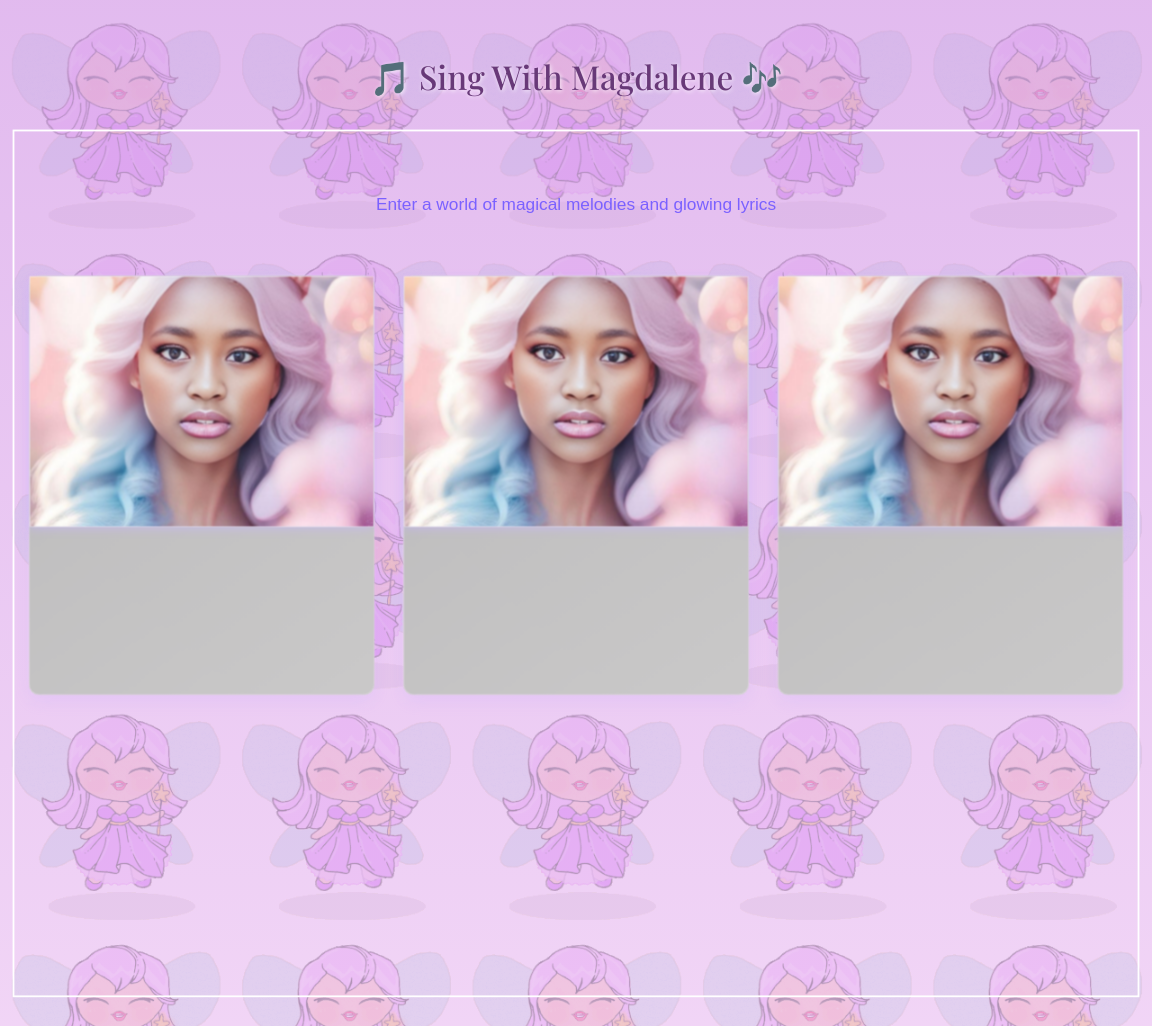
Repository: VladimirGagarin/Meg
Page: /
An editor plug-in stored every save of this project. The page is shown before and after the next save, followed by the edit.
The browser window is 1280 px wide. The pictures show the whole page, at 90% of full size.
The project was rebuilt for these pictures with package versions that can differ from the ones it lists, and the page was loaded fresh each time. Also part of the build but not shown: vite.config.js, src/components/Controls.jsx, src/pages/SongScreen.css, src/components/lyricsCard.jsx, src/pages/SongScreen.jsx. Imported but missing from the stored project, and not drawn on this page: src/assets/audios/IamMagdalene.mp3, src/assets/audios/The beginning.mp3, src/assets/audios/meg.mp3.

Above is the page before, as saved 2025-07-07 13:10:22.

### index.html
<!doctype html>
<html lang="en">
  <head>
    <meta charset="UTF-8" />
    <link rel="icon" type="image/svg+xml" href="/vite.svg" />
    <meta name="viewport" content="width=device-width, initial-scale=1.0" />
    <link href="https://fonts.googleapis.com/css2?family=Playfair+Display:wght@500&display=swap" rel="stylesheet">

    <title>Sing with Magdalene</title>
  </head>
  <body>
    <div id="root"></div>
    <script type="module" src="/src/main.jsx"></script>
  </body>
</html>

### src/main.jsx
import { StrictMode } from "react";
import { createRoot } from "react-dom/client";
import "./index.css";
import App from "./App.jsx";
import HomeScreen from "./pages/HomeScreen.jsx";
import SongScreen from "./pages/SongScreen.jsx";
import { createBrowserRouter, RouterProvider } from "react-router-dom";

const routes = createBrowserRouter([
  {
    path: "/",
    element: <App />, // App can be your layout with <Outlet />
    children: [
      { index: true, element: <HomeScreen /> }, // this is /
      { path: "song/:id", element: <SongScreen /> }, // this is /song/:id
    ],
  },
  {
    path: "*",
    element: <HomeScreen />, // fallback for any invalid URL
  },
]);

createRoot(document.getElementById("root")).render(
  <StrictMode>
    <RouterProvider router={routes} />
  </StrictMode>
);

### src/index.css
:root {
  font-family: system-ui, Avenir, Helvetica, Arial, sans-serif;
  line-height: 1.5;
  font-weight: 400;

  font-synthesis: none;
  text-rendering: optimizeLegibility;
  -webkit-font-smoothing: antialiased;
  -moz-osx-font-smoothing: grayscale;
}

body {
  margin: 0;
  display: flex;
  place-items: center;
  min-height: 100vh;
  width: 100%;
  font-family: 'Playfair Display', serif;
  padding: 0;
}

### src/App.jsx
// App.jsx
import { Outlet } from "react-router-dom";
import './App.css'

export default function App() {
  return (
    <div className="fairy-shell">
      <h1 className="title">🎵 Sing With Magdalene 🎶</h1>
      <Outlet /> {/* This is where the page (Home or Song) will load */}
    </div>
  );
}

### src/pages/HomeScreen.jsx
import React from "react";
import SongCard from "../components/SongCard";
import "./HomeScreen.css";



export default function HomeScreen() {

  return (
    <div className="home-screen">

      <p className="subtitle">
        Enter a world of magical melodies and glowing lyrics
      </p>
      <SongCard />
    </div>
  );
}

### src/App.css
#root {
  width: 100%;
  min-height: 100vh;
  background-color:rgba(213, 135, 231, 0.429);
  margin: 0;
  box-sizing: border-box;
  padding: 0;
}


/* App.css */


.fairy-shell {
  min-height: 100vh;
  background: linear-gradient(to bottom, #d6a8e87c, #fdeff940);
  display: flex;
  flex-direction: column;
  align-items: center;
  padding: 2rem;
  font-family: 'Papyrus', 'Cursive', serif;
  color: #5a2a73;
  position: relative;
  overflow-x: hidden;
  width: 95%;

}

.fairy-shell h1 {
  font-size: 2.3rem;
  margin-bottom: 2rem;
  text-align: center;
  color: #683978;
  text-shadow: 1px 1px 5px rgba(255, 255, 255, 0.8);
  position: relative;
  font-family: 'Playfair Display', serif;
  font-weight: bold;
}



/* Optional twinkling background stars */
.fairy-shell::before {
  content: '';
  position: absolute;
  top: 0;
  left: 0;
  width: 100%;
  height: 100%;
  background-image: url('/fairy.gif'); /* Use your own gif or animation */
  opacity: 0.6;
  z-index: -1;
  pointer-events: none;
}

### src/components/SongCard.jsx
import { songDetails } from "./SongDetails";
import "./SongCard.css";
import LogoImage from "../assets/images/quuen.jpeg";
import { Link } from "react-router-dom";

export default function SongCard() {
  return (
    <div className="song-card-container">
          {songDetails.map((song) => (
          <Link to={`/song/${song.id}`} style={{textDecoration: 'none'}}>
        <div key={song.id + new Date()} className="song-card">
          <div className="image-wrapper">
            <img src={LogoImage} alt={song.title} />
          </div>
          <h3 className="song-title">{song.title}</h3>
        </div>
        </Link>
      ))}
    </div>
  );
}

### src/pages/HomeScreen.css
.home-screen {
    background: transparent;
    min-height: 100vh;
    padding: 3rem 1rem;
    display: flex;
    flex-direction: column;
    align-items: center;
    width: 100%;
    overflow: hidden;
    border:2px solid #fff;
  }



  .subtitle {
    font-size: 1.2rem;
    color: #7b61ff;
    margin-bottom: 2rem;
    font-family: "Quicksand", sans-serif;
  }

### src/components/SongDetails.js
import { getLifeLyrics, beginningLyrics, IamMegLyrics} from "./SongData";
import LifeSong from "../assets/audios/meg.mp3";
import BeginingSong from '../assets/audios/The beginning.mp3';
import  IamMagdaleneSong from "../assets/audios/IamMagdalene.mp3"

import Img1 from "../assets/images/belle.jpeg";
import Img2 from "../assets/images/belle2.jpg";
import Img3 from "../assets/images/meg1.jpg";
import Img4 from "../assets/images/meg2.jpg";
import Img5 from "../assets/images/meg3.jpg";
import Img6 from "../assets/images/meg4.jpg";
import Img7 from "../assets/images/meg5.jpg";
import Img8 from "../assets/images/meg6.jpg";
import Img9 from "../assets/images/meg7.jpg";
import Img10 from "../assets/images/meg8.jpg";
import Img12 from "../assets/images/meg10.jpg";
import Img13 from "../assets/images/meg11.jpg";
import Img14 from "../assets/images/meg12.jpg";
import Img15 from "../assets/images/meg13.jpeg";
import Img16 from "../assets/images/meg14.jpeg";
import Img17 from "../assets/images/meg15.jpeg";
import Img18 from "../assets/images/meg19.jpeg";
import Img19 from "../assets/images/meg20.jpeg";
import Img20 from "../assets/images/meg23.jpeg";
import Img21 from "../assets/images/quuen.jpeg";
import Img22 from "../assets/images/meg24.jpeg";
import Img23 from "../assets/images/toon1.jpeg";
import Img24 from "../assets/images/toon2.jpg";
import Img25 from "../assets/images/toon3.jpg";
import Img26 from "../assets/images/toon4.jpg";
import Img27 from "../assets/images/toon1.png";
import Img28 from "../assets/images/toon2.png";
import Img29 from "../assets/images/toon3.png";
import Img30 from "../assets/images/toon4.png";
import Img31 from "../assets/images/toon5.jpg";
import Img32 from "../assets/images/toon5.png";
import Img33 from "../assets/images/toon6.png";
import Img34 from "../assets/images/toon7.png";
import Img35 from "../assets/images/toon8.png";
import Img36 from "../assets/images/toon10.jpg";
import Img37 from "../assets/images/toon11.jpg";


export const songDetails = [
  {
    id: "life",
    title: "A Life to Live",
    audio: LifeSong,
    lyrics: getLifeLyrics(), // call the function here
  },
  {
    id: "beginning",
    title: "The Beginning",
    audio: BeginingSong,
    lyrics: beginningLyrics(), // call the function here
  },
  // Add more songs the same way
  {
    id: "iam-magdalene",
    title: "I Am Magdalene",
    audio: IamMagdaleneSong,
    lyrics: IamMegLyrics(), // this should return the lyrics in { start, end, text } format
  },
];


export const megImages = [
  Img1,
  Img2,
  Img3,
  Img4,
  Img5,
  Img6,
  Img7,
  Img8,
  Img9,
  Img10,
  Img12,
  Img13,
  Img14,
  Img15,
  Img16,
  Img17,
  Img18,
  Img19,
  Img20,
  Img21,
  Img22,
  Img23,
  Img24,
  Img25,
  Img26,
  Img27,
  Img28,
  Img29,
  Img30,
  Img31,
  Img32,
  Img33,
  Img34,
  Img35,
  Img36,
  Img37,
];

### src/components/SongCard.css
.song-card-container {
    display: grid;
    grid-template-columns: repeat(auto-fit, minmax(300px, 1fr));
    gap: 2rem;
    padding: 2rem;
    width: 100%;

    height: 100vh;
    overflow-y: auto;

  }

  .song-card {
    position: relative;
    background: linear-gradient(145deg, #bab9ba, #cac9c9);
    border: 2px solid rgba(190, 160, 255, 0.4);
    border-radius: 1.5rem;
    text-align: center;
    box-shadow: 0 8px 16px rgba(200, 180, 255, 0.2);
    transition: transform 0.3s ease;
    height: 60vh;
    padding: 1rem;
    background-color: rgba(255, 255, 255, 0.074);
    border: 1px solid rgba(255, 255, 255, 0.222);
    -webkit-backdrop-filter: blur(20px);
    backdrop-filter: blur(20px);
    border-radius: 0.7rem;
    transition: all ease 0.3s;
  }




  .image-wrapper {
    position: absolute;
    top: 0;
    left: 0;
    right: 0;
    width: 100%;
    height: 60%;
    overflow: hidden;
    box-shadow: 0 4px 10px rgba(200, 180, 255, 0.5);
    background: #fff;
  }

  .image-wrapper img {
    width: 100%;
    height: 100%;
    object-fit: cover;
  }

  .song-title {
    font-family: "Cinzel Decorative", serif;
    color: #553c9a;
    font-size: 1.1rem;
    margin-top: 2rem;
  }

### src/components/SongData.js


export function getLifeLyrics() {
    const t = [
      { start: 13120, end: 16120, text: "a whisper wakes the morning mist" },
      { start: 16120, end: 19200, text: "a dream stirs deep inside" },
      {
        start: 19200,
        end: 22520,
        text: "through shadowed woods and golden light",
      },
      { start: 22520, end: 25420, text: "a heart finds room to glide" },
      { start: 25640, end: 31340, text: "with every breath the story spins" },
      { start: 32040, end: 33640, text: "with every step" },
      { start: 33640, end: 36460, text: "a chance to give" },
      { start: 38120, end: 40560, text: "through mist and flame" },
      { start: 40560, end: 43420, text: "she finds her name" },
      { start: 44600, end: 50020, text: "a life a life to live" },
      { start: 53480, end: 55980, text: "a life to live" },
      { start: 56640, end: 59220, text: "a song to share" },
      { start: 60040, end: 65660, text: "a hopeful flame upon the air" },
      {
        start: 66200,
        end: 72100,
        text: "through trials deep through stars above",
      },
      { start: 73720, end: 78700, text: "magdalene shines strength and love" },
      {
        start: 79e3,
        end: 84900,
        text: "through midnight sky rising morning sun",
      },
      { start: 85480, end: 91300, text: "a heart can rise when days begun" },
      { start: 91840, end: 94180, text: "a life to live" },
      { start: 95040, end: 97660, text: "a chance to give" },
      { start: 98520, end: 100280, text: "through it all" },
      {
        start: 100280,
        end: 108200,
        text: "she shines she shines through mist",
      },
      { start: 108200, end: 112660, text: "and midnight light will rise" },
      { start: 113360, end: 117300, text: "through pain a dream can grow" },
      { start: 119760, end: 122960, text: "a life to live" },
      { start: 122960, end: 125580, text: "with open eyes" },
      { start: 126440, end: 131260, text: "a seed that blooms and shows" },
      { start: 143320, end: 145420, text: "a life to live" },
      { start: 146240, end: 149180, text: "a dance a prayer" },
      { start: 149480, end: 152220, text: "a voice that live" },
      { start: 152640, end: 155780, text: "beyond despair" },
      { start: 155800, end: 158460, text: "through mist and flame" },
      { start: 159e3, end: 162140, text: "through dark and dawn" },
      { start: 163320, end: 165560, text: "magdalene shines" },
      { start: 165560, end: 169700, text: "she carries on on" },
      { start: 175e3, end: 177620, text: "a life to live" },
      { start: 178240, end: 181300, text: "a dance of prayer" },
      { start: 181440, end: 184680, text: "a voice that lives" },
      { start: 184680, end: 187380, text: "beyond despair" },
      { start: 187800, end: 190420, text: "a mist and flame" },
      { start: 191e3, end: 194140, text: "through dark and dawn" },
      { start: 195360, end: 198240, text: "magdalene shines" },
      { start: 198240, end: 200900, text: "she carries on" },
    ];

    return t
}

export function beginningLyrics() {
    const t = [
      {
        start: 15320,
        end: 18560,
        text: "it all started with a breath of light",
      },
      {
        start: 18560,
        end: 21720,
        text: "a new page written in the stars that night",
      },
      { start: 21720, end: 25e3, text: "a new chapter born in hush and flame" },
      { start: 25e3, end: 27780, text: "a new verse whispered with her name" },
      {
        start: 28040,
        end: 31280,
        text: "a new thread of life from heaven's fun",
      },
      { start: 31280, end: 34400, text: "a new dawn rising before the sun" },
      {
        start: 34400,
        end: 38e3,
        text: "a new songs starts with hearts of joy",
      },
      { start: 38e3, end: 41700, text: "magdalene a noble child of glory" },
      { start: 41720, end: 43580, text: "the beginning" },
      { start: 47120, end: 50360, text: "of a love the world has never known" },
      {
        start: 50360,
        end: 53560,
        text: "of a grace that blooms from flesh and bone",
      },
      { start: 53560, end: 56680, text: "of a hope that rose on quiet wings" },
      {
        start: 56680,
        end: 60400,
        text: "of a joy that crowns all earthly things",
      },
      { start: 60400, end: 64900, text: "magdalene you are the beginning" },
      { start: 66760, end: 68040, text: "the bells were soft" },
      {
        start: 68040,
        end: 72540,
        text: "the moon was kind as angels lined the skies",
      },
      { start: 72720, end: 75880, text: "the flowers lean to catch her name" },
      { start: 75880, end: 78300, text: "and kissed her lullabies" },
      { start: 79080, end: 81840, text: "the wind that used to wander" },
      { start: 81840, end: 85260, text: "lost now dances where she lay" },
      { start: 85280, end: 88680, text: "and every mother's aching dream" },
      { start: 88680, end: 91500, text: "began to find its way" },
      { start: 92600, end: 94300, text: "the beginning" },
      {
        start: 94840,
        end: 98040,
        text: "of a  love the world has never known",
      },
      {
        start: 98040,
        end: 101280,
        text: "of a grace that blooms from flesh and bone",
      },
      {
        start: 101280,
        end: 104360,
        text: "of a hope that rose on quiet wings",
      },
      {
        start: 104360,
        end: 107920,
        text: "of a  joy that crowns all earthly things",
      },
      { start: 107920, end: 112460, text: "Magdalene you are the beginning" },
      {
        start: 113840,
        end: 117020,
        text: "they waited long they wandered far",
      },
      { start: 117160, end: 120100, text: "for the rising of her star" },
      { start: 120240, end: 123660, text: "but in the cradle of the night" },
      {
        start: 123760,
        end: 127020,
        text: "she came and made all things right",
      },
      { start: 129160, end: 130860, text: "the beginning" },
      { start: 131400, end: 134680, text: "of forever isn't soft and true" },
      { start: 134680, end: 137840, text: "of forever kissed by morning dew" },
      { start: 137840, end: 141e3, text: "of forever where the stars align" },
      { start: 141e3, end: 144640, text: "of forever touched by hands divine" },
      { start: 144640, end: 148340, text: "magdalene you are the beginning" },
      { start: 150080, end: 151540, text: "forever" },
      { start: 152480, end: 155340, text: "you are the beginning" },
    ];

    return t
}

export function IamMegLyrics() {
  const lyrics = [
    { start: 0, end: 4140, text: "We all have names," },
    { start: 4880, end: 8580, text: "names that carry hope" },
    { start: 8580, end: 13000, text: "Names that breathe out peace" },
    { start: 13000, end: 17140, text: "And I was meant to be Magdalene" },
    { start: 18759, end: 22020, text: "We all have songs," },
    { start: 22120, end: 26300, text: "songs that heal the night" },
    { start: 27520, end: 32380, text: "Songs that light the dawn And I was" },
    { start: 32380, end: 35020, text: "meant to sing Magdalene" },
    { start: 36780, end: 40920, text: "The moment we know our names" },
    { start: 40920, end: 45280, text: "Is the moment our fire ignites" },
    { start: 45280, end: 50140, text: "A spark within becomes a flame And in that" },
    { start: 50140, end: 52880, text: "glow we rise to light" },
    { start: 54620, end: 59000, text: "The moment we know our names" },
    { start: 59000, end: 63200, text: "Is the moment our fire ignites" },
    { start: 63200, end: 67580, text: "A spark within becomes a flame" },
    { start: 67580, end: 72380, text: "And in that glow we rise to light" },
    { start: 73440, end: 78260, text: "Magdalene is not just a name It's a light full of joy" },
    { start: 78260, end: 83080, text: "and flame It is a story carved in grace A" },
    { start: 83080, end: 87880, text: "journey time cannot erase It is magic full of wonders A" },
    { start: 87880, end: 92880, text: "song that sings and never slumbers It is a song" },
    { start: 92880, end: 97860, text: "that sets me free It is Magdalene" },
    { start: 97860, end: 102720, text: "I was meant to be We all" },
    { start: 102720, end: 107320, text: "have scars Marks that teach" },
    { start: 107320, end: 111620, text: "us grace Maps of where" },
    { start: 111620, end: 115700, text: "we've been And I was meant to bear the" },
    { start: 115700, end: 120640, text: "Magdalene Call me by" },
    { start: 120640, end: 125460, text: "the wind Call me through the" },
    { start: 125460, end: 130060, text: "flame Every hidden amber" },
    { start: 130060, end: 134660, text: "rises When you speak my name" },
    { start: 135700, end: 140460, text: "Magdalene is not just a name It's a light full of joy" },
    { start: 140460, end: 145380, text: "and flame It is a story carved in grace It is a story carved in grace A" },
    { start: 145380, end: 150100, text: "journey time cannot erase It is magic full of wonders A" },
    { start: 150100, end: 155080, text: "soul that sings and never slumbers It is a song" },
    { start: 155080, end: 160020, text: "that sets me free It is Magdalene" },
    { start: 160020, end: 161920, text: "I was meant to be" },
    { start: 165440, end: 168520, text: "Call me by the wind" },
    { start: 169880, end: 173400, text: "Call me through the flame" },
    { start: 173400, end: 178380, text: "Every hidden amber rises When you speak" },
    { start: 178380, end: 183360, text: "my name Magdalene is not just a name It's" },
    { start: 183360, end: 187880, text: "a light full of joy and flame It is a" },
    { start: 187880, end: 192780, text: "story carved in grace A journey time cannot erase It is magic" },
    { start: 192780, end: 197480, text: "full of wonders A soul that sings and never slumbers" },
    { start: 197480, end: 201540, text: "It is a song that sets me free" },
  ];
  return lyrics;
}

After the next save:
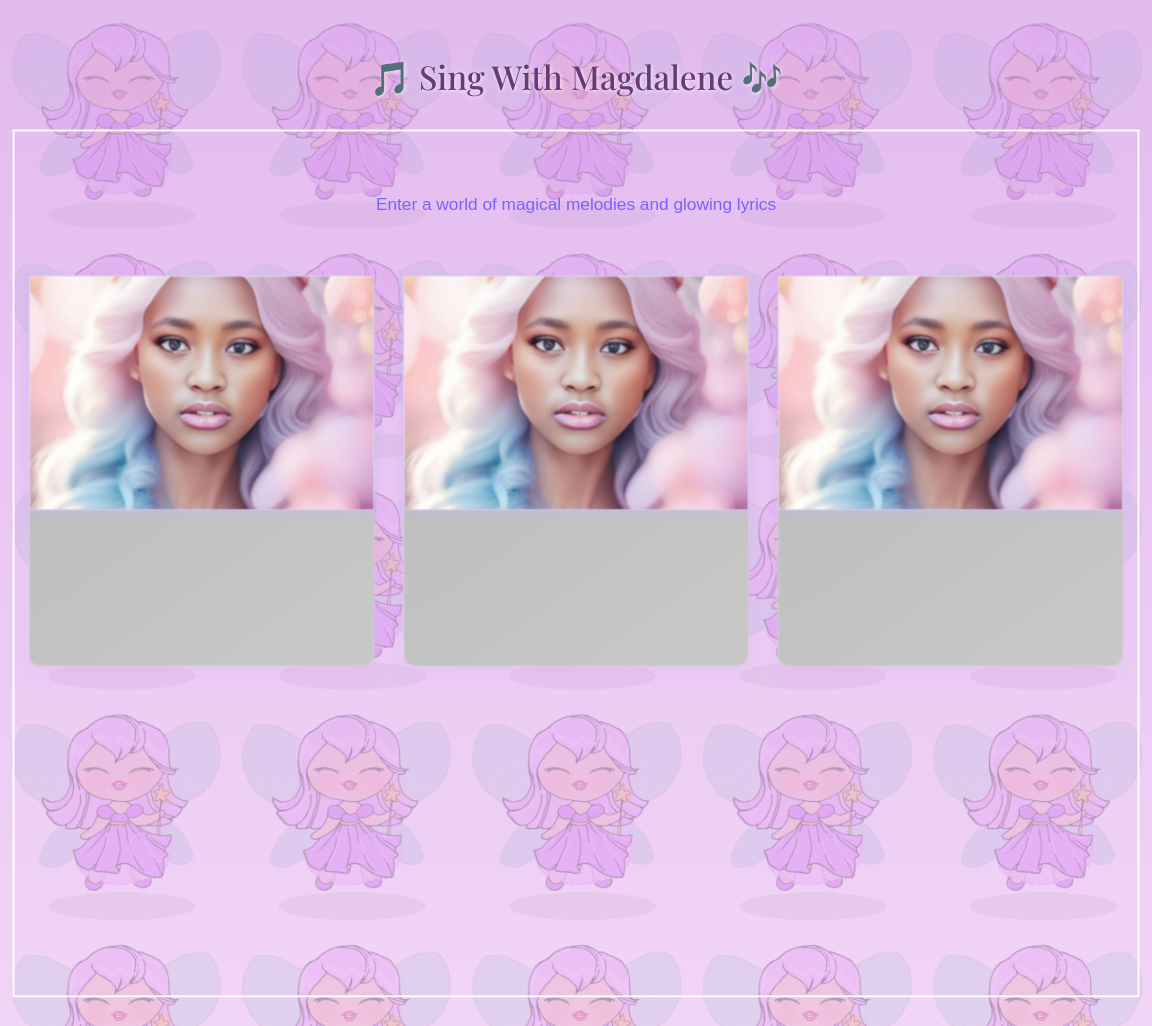
Saved 5 s later.
--- a/src/components/SongCard.css
+++ b/src/components/SongCard.css
@@ -19,7 +19,7 @@
     box-shadow: 0 8px 16px rgba(200, 180, 255, 0.2);
     transition: transform 0.3s ease;
     height: 60vh;
-    padding: 1rem;
+    padding: 0;
     background-color: rgba(255, 255, 255, 0.074);
     border: 1px solid rgba(255, 255, 255, 0.222);
     -webkit-backdrop-filter: blur(20px);
